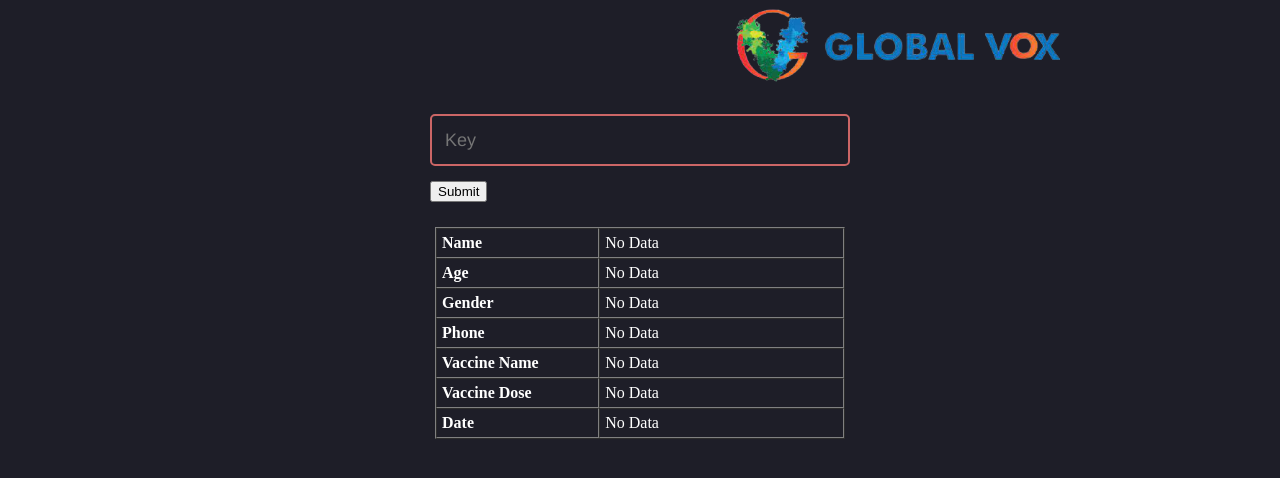
Repository: TheDARKFURY/Hyperledger-Fabric-Covid-Vaccine-Tracker-
Page: http://localhost/FebDemoNew/display.html
These files come from the project's save history. The page is drawn as it stood at one moment and after the next save; the edit follows.
The browser window is 1280 px wide. The pictures show the whole page.
The page is served by Tomcat 9. Other server files are loaded and not shown.

Above is the page before, as saved 2022-02-25 10:29:50.

### eclipse-workspace/FebDemoNew/src/main/webapp/display.html
<!DOCTYPE html>
<html>
<head>
<link rel="stylesheet" href="style.css" >
<meta charset="UTF-8">
<title>Display</title>
<style>
.result tr, .result td, .result th {color: #FFFFFF; text-align: left}
.result {text-align: center; width: 410px; margin: 0 auto}
.result table {width: 100%}
#isLoading {display: none; color: #FFFFFF; margin-left: 15px}
</style>
</head>
<body>

<div>
	<img src="globalvoximg-removebg.png" class="img">
</div>

<form action="ClientAppDisplay">

	<input name="key" type="text" class="feedback-input" id="keyInput" placeholder="Key" required="required"/>

	<input type="button" onClick="fetchData(document.getElementById('keyInput').value)" value="Submit"/>
	<span id="isLoading">Loading... </span>
</form>
<div class="result">
	<table border="1" cellPadding="5" cellSpacing="0">
		<tr>
			<th width="40%">Name</th>
			<td id="dataName">No Data</td>
		</tr>
		<tr>
			<th>Age</th>
			<td id="dataAge">No Data</td>
		</tr>
		<tr>
			<th>Gender</th>
			<td id="dataGender">No Data</td>
		</tr>
		<tr>
			<th>Phone</th>
			<td id="dataPhone">No Data</td>
		</tr>
		<tr>
			<th>Vaccine Name</th>
			<td id="dataVaccineName">No Data</td>
		</tr>
		<tr>
			<th>Vaccine Dose</th>
			<td id="dataVaccineDose">No Data</td>
		</tr>
		<tr>
			<th>Date</th>
			<td id="dataDate">No Data</td>
		</tr>
	</table>
</div>

<script type="text/javascript">
fetchData = (key)=>{
	document.getElementById('isLoading').style.display = "inline-block";
	fetch('http://localhost:8888/FebDemoNew/ClientAppDisplay?key=' + key)
	.then(data => data.json())
	.then(data => {
		document.getElementById('isLoading').style.display = "none";
		console.log(data);
		document.getElementById('dataName').innerHTML = data.name;
		document.getElementById('dataAge').innerHTML = data.age;
		document.getElementById('dataGender').innerHTML = data.gender;
		document.getElementById('dataPhone').innerHTML = data.identity;
		document.getElementById('dataVaccineName').innerHTML = data.vaccineName;
		document.getElementById('dataVaccineDose').innerHTML = data.vaccineDose;
		document.getElementById('dataDate').innerHTML = data.date1;

	});
};
//fetchData(5001);
</script>


</body>
</html>

### eclipse-workspace/FebDemoNew/src/main/webapp/style.css
@import url(https://fonts.googleapis.com/css?family=Montserrat:400,700);

body { background:rgb(30,30,40);position:fixed;top:0;left:0;bottom:0;right:0}
form { max-width:420px; margin:25px auto; }

.feedback {
  color: grey;
  font-family: Helvetica, Arial, sans-serif;
  font-weight:500;
  font-size: 18px;
  line-height: 22px;
  transition: all 0.3s;
  outline:0;
  background: rgb(30,30,40);
  margin-left:0;
  margin-right:0;

}
.img{

  margin: 0px 712px;
  width: 340px;


}

.feedback-input {
  color: grey;
  font-family: Helvetica, Arial, sans-serif;
  font-weight:500;
  font-size: 18px;
  border-radius: 5px;
  line-height: 22px;
  background-color: transparent;
  border:2px solid #CC6666;
  transition: all 0.3s;
  padding: 13px;
  margin-bottom: 15px;
  width:100%;
  box-sizing: border-box;
  outline:0;
}

.feedback-input option{    background: rgb(30,30,40);
  color: grey;padding: 10px;}
.gender{    font-size: 22px;
  color: #929292;
  display: flex;
  justify-content: space-around;
padding-bottom: 11px;
}


.female{
  padding-left: 20px;
}
feedback-input:focus { border:2px solid #CC4949; }

textarea {
  height: 150px;
  line-height: 150%;
  resize:vertical;
}

[type="submit"] {
  font-family: 'Montserrat', Arial, Helvetica, sans-serif;
  width: 100%;
  background:#CC6666;
  border-radius:5px;
  border:0;
  cursor:pointer;
  color:white;
  font-size:24px;
  padding-top:10px;
  padding-bottom:10px;
  transition: all 0.3s;
  margin-top:-4px;
  font-weight:300;
}
[type="submit"]:hover { background:#CC4949; }

After the next save:
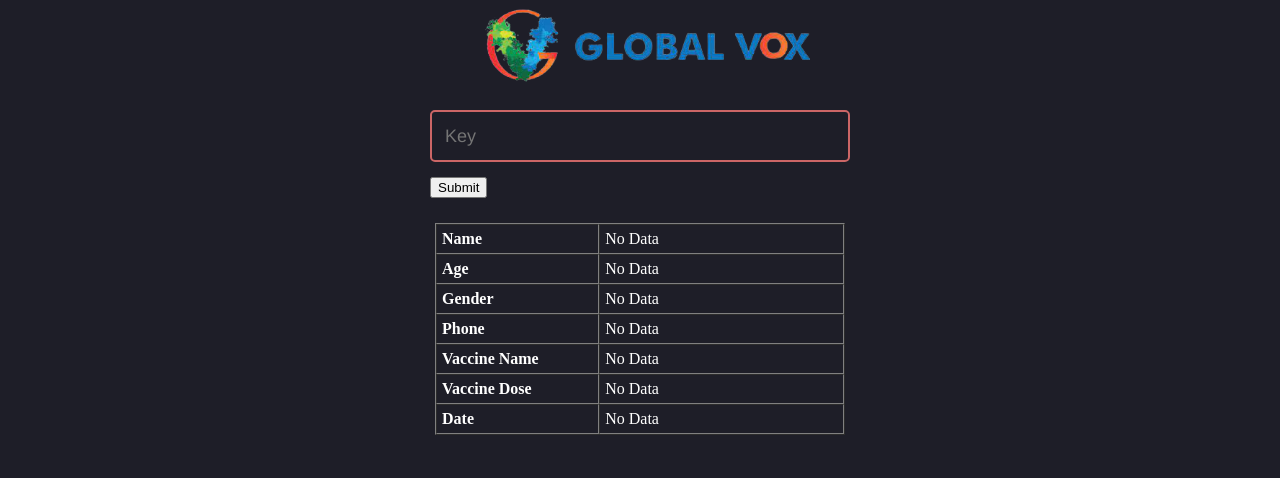
Saved 55 min 30 s later.
--- a/eclipse-workspace/FebDemoNew/src/main/webapp/style.css
+++ b/eclipse-workspace/FebDemoNew/src/main/webapp/style.css
@@ -18,7 +18,8 @@
 }
 .img{
 
-  margin: 0px 712px;
+  display: block;
+margin: 0 auto;
   width: 340px;
 
 
